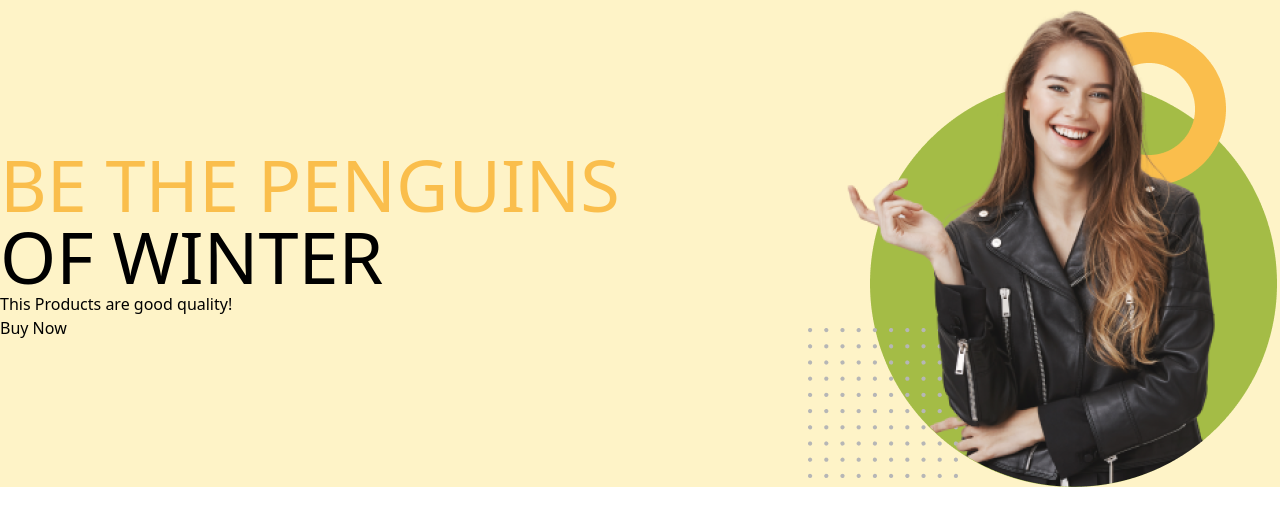
Repository: SyeadaSakina/Penguins-fashion
Page: index.html
These files come from the project's save history. The page is drawn as it stood at one moment and after the next save; the edit follows.
The browser window is 1280 px wide. The pictures show the whole page.
Some web libraries are served in a nearby version.

Above is the page before, as saved 2023-07-21 22:39:15.

After the next save:
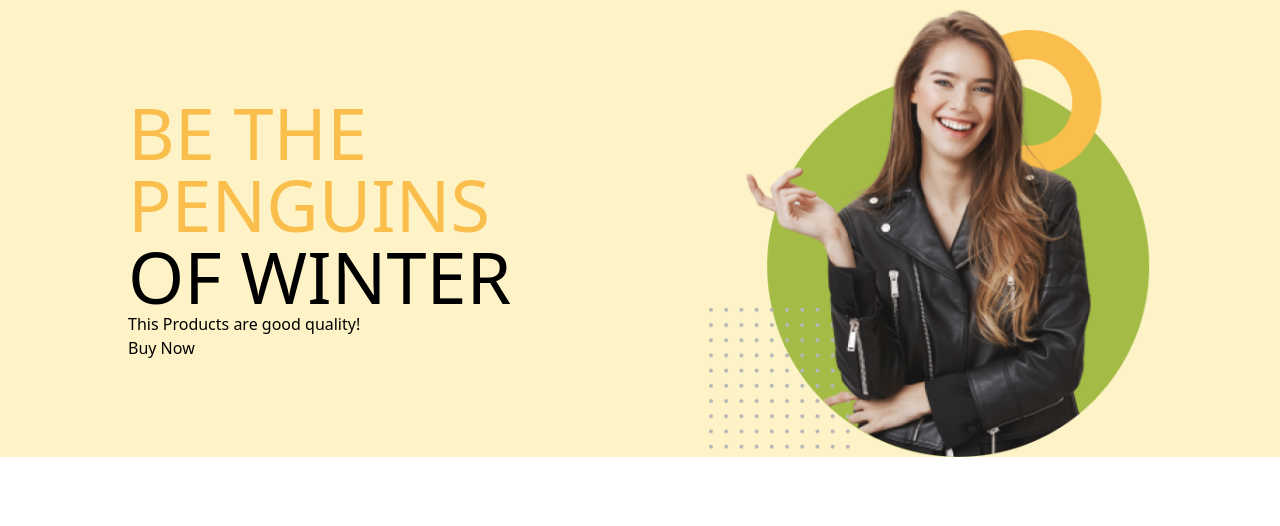
Saved 56 s later.
--- a/index.html
+++ b/index.html
@@ -9,7 +9,7 @@
 </head>
 
 <body>
-    <header class="bg-amber-100 px-30">
+    <header class="bg-amber-100 px-32">
         <!-- nav section -->
         <nav>
 

After the save that followed:
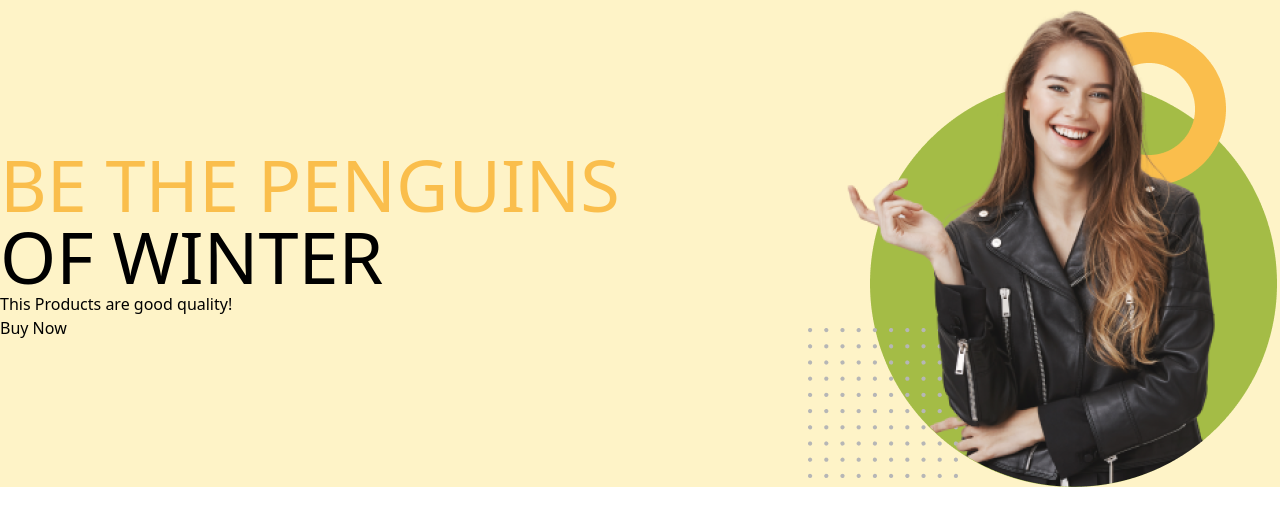
Saved 21 s later.
--- a/index.html
+++ b/index.html
@@ -9,7 +9,7 @@
 </head>
 
 <body>
-    <header class="bg-amber-100 px-32">
+    <header class="bg-amber-100 px-34">
         <!-- nav section -->
         <nav>
 
